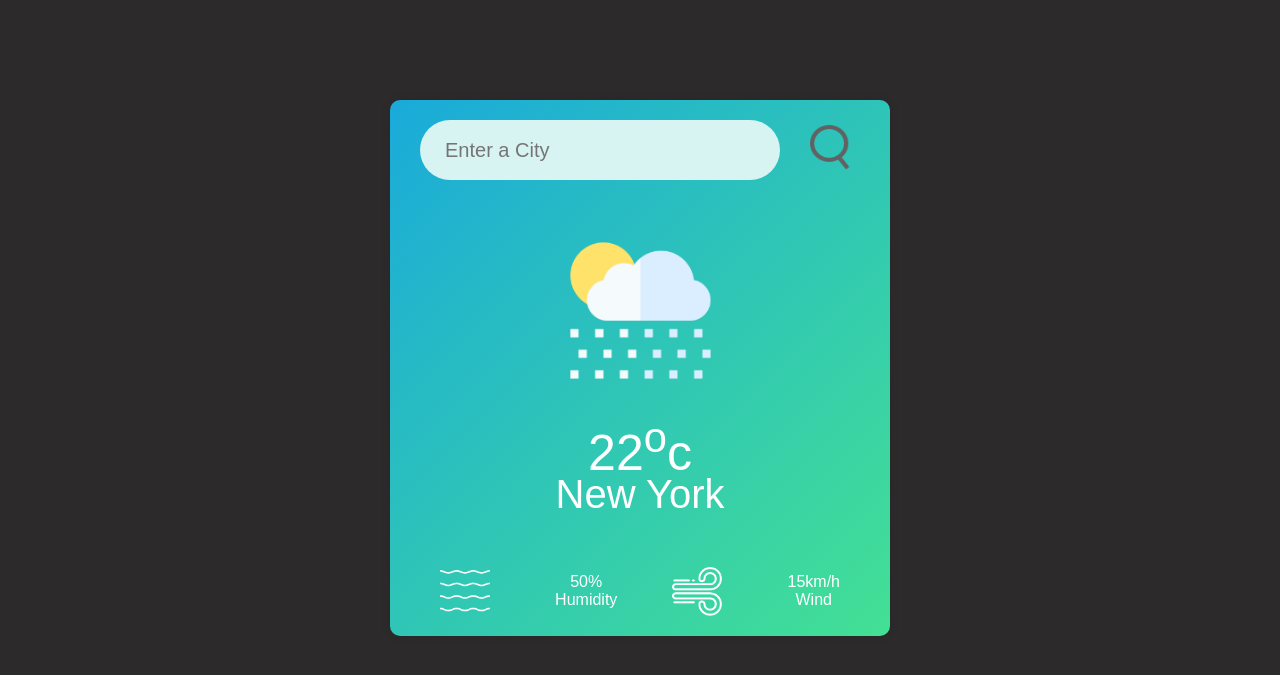
Repository: Haakim19/weatherApp
Page: index.html
The author's editor kept a copy of each file at every save. The page is drawn from the files as they stood at one save, then again after the next save.
The browser window is 1280 px wide. The pictures show the whole page.

Above is the page before, as saved 2024-11-16 21:49:13.

After the next save:
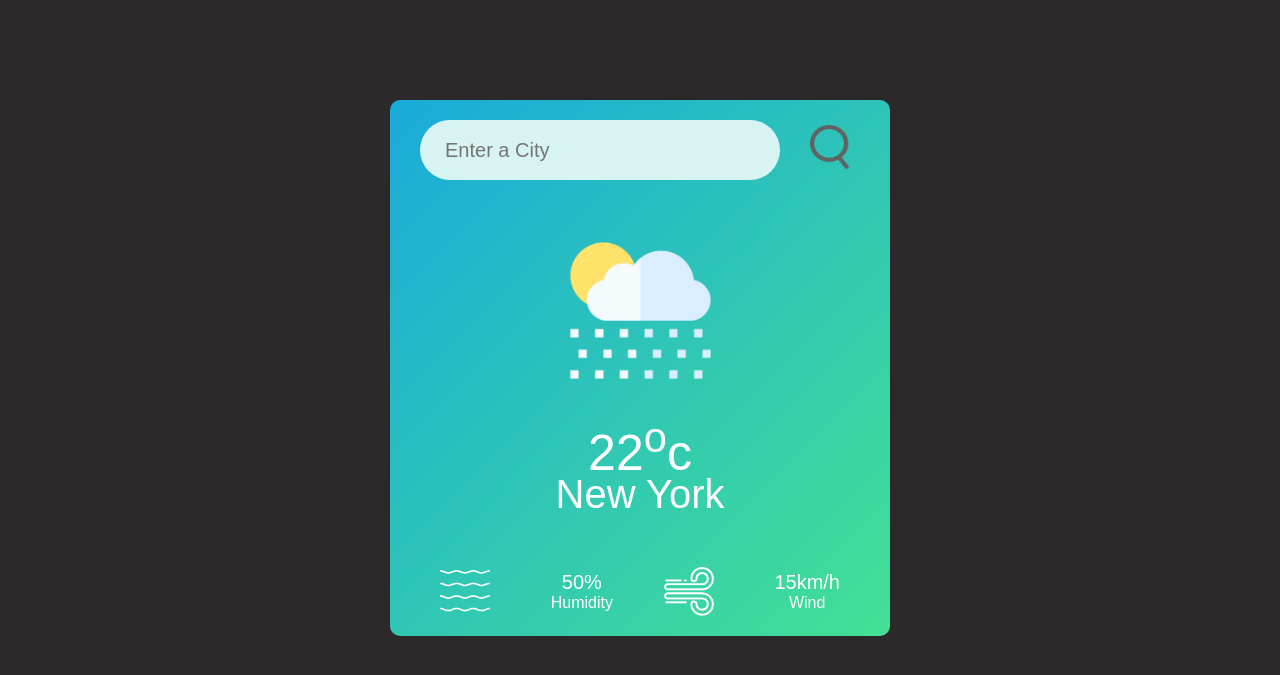
Saved 62 s later.
--- a/style.css
+++ b/style.css
@@ -82,6 +82,6 @@ body{
     width: 50px;
     margin-right: 10px;
 }
-.col p{
-    margin-left: -1000px;
+.humidity,.wind{
+    font-size: 20px;
 }
